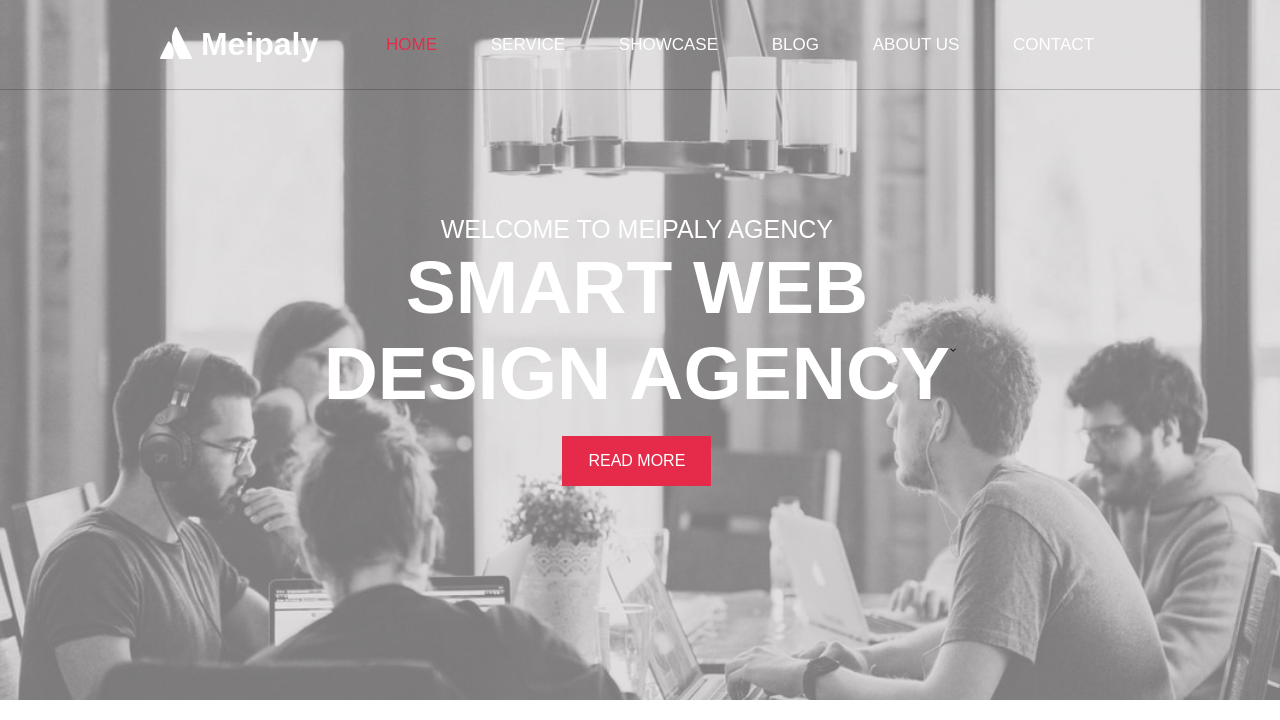
Repository: tudo1611/BC44_HTML5-CSS3_B6_MAIPALY_DO-TRUNG-TU
Page: index.html
An editor plug-in stored every save of this project. The page is shown before and after the next save, followed by the edit.
The browser window is 1280 px wide. The pictures show the whole page.

Above is the page before, as saved 2023-01-15 15:07:28.

### index.html
<!DOCTYPE html>
<html lang="en">
  <head>
    <meta charset="UTF-8" />
    <meta http-equiv="X-UA-Compatible" content="IE=edge" />
    <meta name="viewport" content="width=device-width, initial-scale=1.0" />
    <title>Document</title>
    <link
      rel="stylesheet"
      href="https://cdnjs.cloudflare.com/ajax/libs/font-awesome/6.2.1/css/all.min.css"
    />
    <link rel="stylesheet" href="./css/style.css" />
  </head>
  <body>
    <header>
      <div class="header__content">
        <div class="header__logo">
          <i class="fab fa-atlassian"></i>
          <span>Meipaly</span>
        </div>
        <nav>
          <ul>
            <li class="active"><a href="#">Home</a></li>
            <li><a href="#">Service</a></li>
            <li><a href="#">Showcase</a></li>
            <li><a href="#">Blog</a></li>
            <li><a href="#">About us</a></li>
            <li><a href="#">Contact</a></li>
          </ul>
        </nav>
      </div>
    </header>
    <section class="banner"></section>
    <section class="carousel">
      <div class="carousel__content">
        <p>WELCOME TO MEIPALY AGENCY</p>
        <h1>
          SMART WEB <br />
          DESIGN AGENCY
        </h1>
        <button>READ MORE</button>
      </div>
      <div class="carousel__scroll">
        <i class="fa fa-chevron-down"></i>
      </div>
    </section>
    <section class="blogs"></section>
    <section class="number"></section>
    <section class="experience"></section>
    <section class="contact"></section>
  </body>
</html>

### css/style.css
* {
  margin: 0;
  padding: 0;
  box-sizing: border-box;
}
html,
body {
  font-family: "Oswald", sans-serif;
  font-size: 62.5%;
}
/* header  */
header {
  background-color: transparent;
  border-bottom: 1px solid rgba(0, 0, 0, 0.2);
  position: absolute;
  z-index: 10;
  width: 100%;
}
.header__content {
  width: 75%;
  margin: 0 auto;
  color: #fff;
  display: flex;
  justify-content: space-between;
  align-items: center;
  padding: 2.6rem 0;
}
.header__content ul {
  list-style: none;
}
.header__logo {
  font-size: 3.2rem;
  font-weight: 700;
  /* color: #fff; */
}
.header__content li {
  display: inline-block;
  padding: 0 2.6rem;
}
.header__content li.active a {
  color: #e62b4a;
}
.header__content li a {
  font-size: 1.7rem;
  color: #fff;
  text-transform: uppercase;
  text-decoration: none;
}
/* carousel  */
.carousel {
    background-image: url(../img/home_slider.jpg);
    background-size: cover;
    background-position: center;
    height: 70rem;
    display: flex;
    justify-content: center;
    align-items: center;
}
.carousel__content{
    color: #fff;
    text-align: center;
}
.carousel__content p{
    font-size: 2.5rem;
}
.carousel__content h1{
    font-size: 7.5rem;
}
.carousel__content button {
    font-size: 1.6rem;
    margin-top: 2rem;
    padding: 1.5rem 2.5rem;
    background-color: #e62b4a;
    color: white;
    border: 1px solid #e62b4a;
    cursor: pointer;
    transition: all 0.5s;
}
.carousel__content button:hover {
    background-color: #af2239;
}

After the next save:
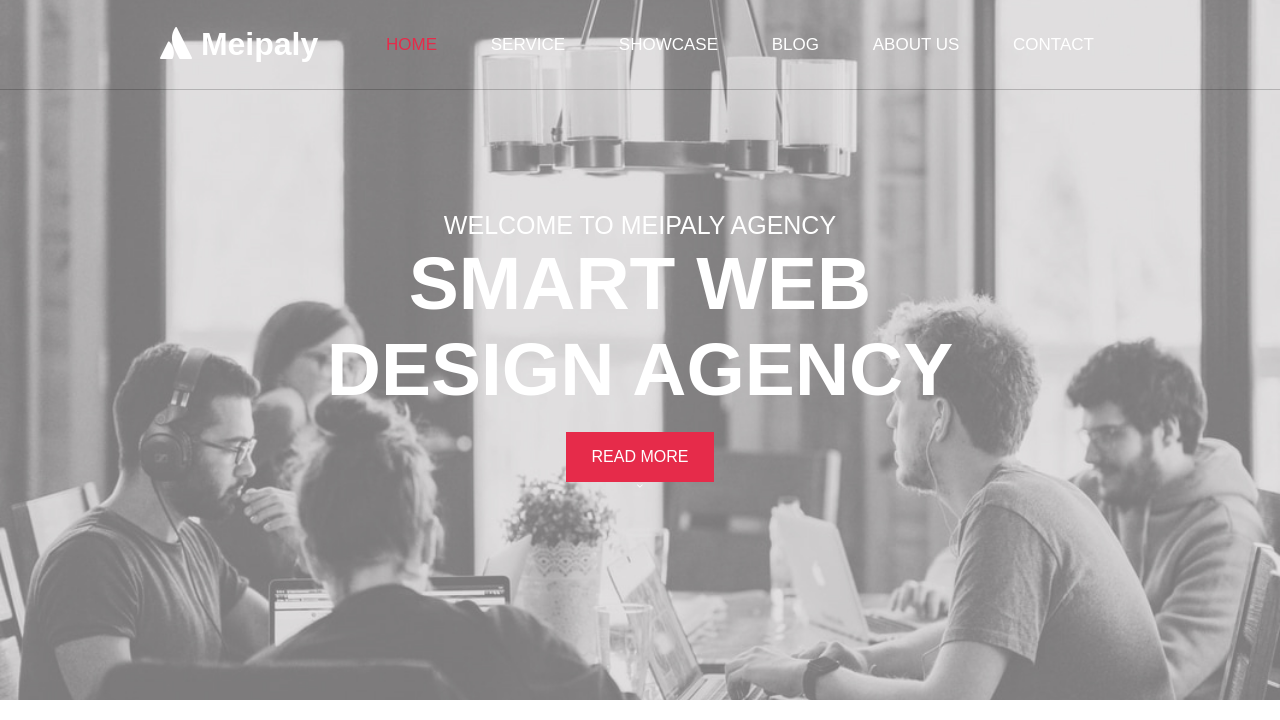
Saved 10 min 59 s later.
--- a/index.html
+++ b/index.html
@@ -39,9 +39,9 @@
           DESIGN AGENCY
         </h1>
         <button>READ MORE</button>
-      </div>
-      <div class="carousel__scroll">
-        <i class="fa fa-chevron-down"></i>
+        <div class="carousel__scroll">
+          <i class="fa fa-chevron-down"></i>
+        </div>
       </div>
     </section>
     <section class="blogs"></section>
